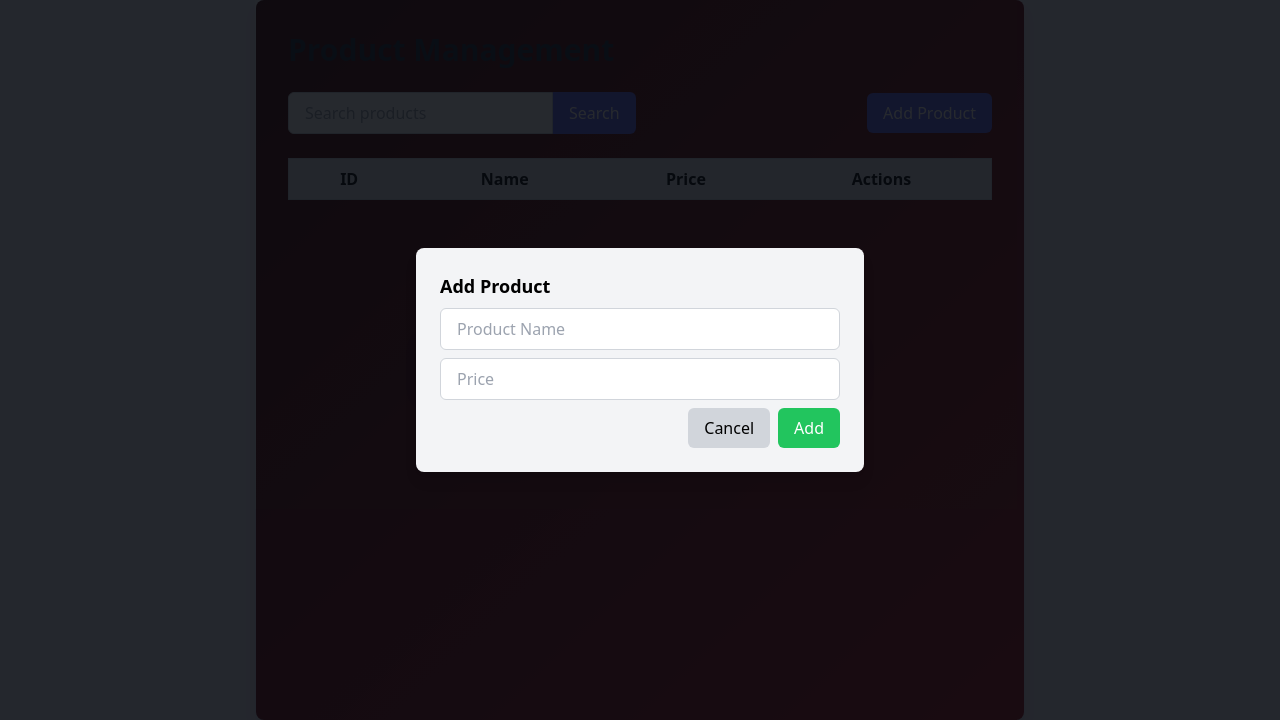
Repository: shaafsalman/product-Management-MERN
Page: /home (app in frontend/), after clicking the first element matching `button.rounded-md`
The author's editor kept a copy of each file at every save. The page is drawn from the files as they stood at one save, then again after a run of saves.
The browser window is 1280 px wide. The pictures show the whole page.
The page's requests for data from a server got no answer. The project was rebuilt for these pictures with package versions that can differ from the ones it lists, and the page was loaded fresh each time. No one was signed in, and anything a server would have sent is missing. Also part of the build but not shown: frontend/vite.config.js, frontend/src/Cards/mesgCard.jsx, frontend/src/Pages/Login.jsx, frontend/src/Pages/SighnUp.jsx, frontend/src/Pages/NoPage.jsx.

Above is the page before, as saved 2024-05-14 01:42:28.

After the next 5 saves:
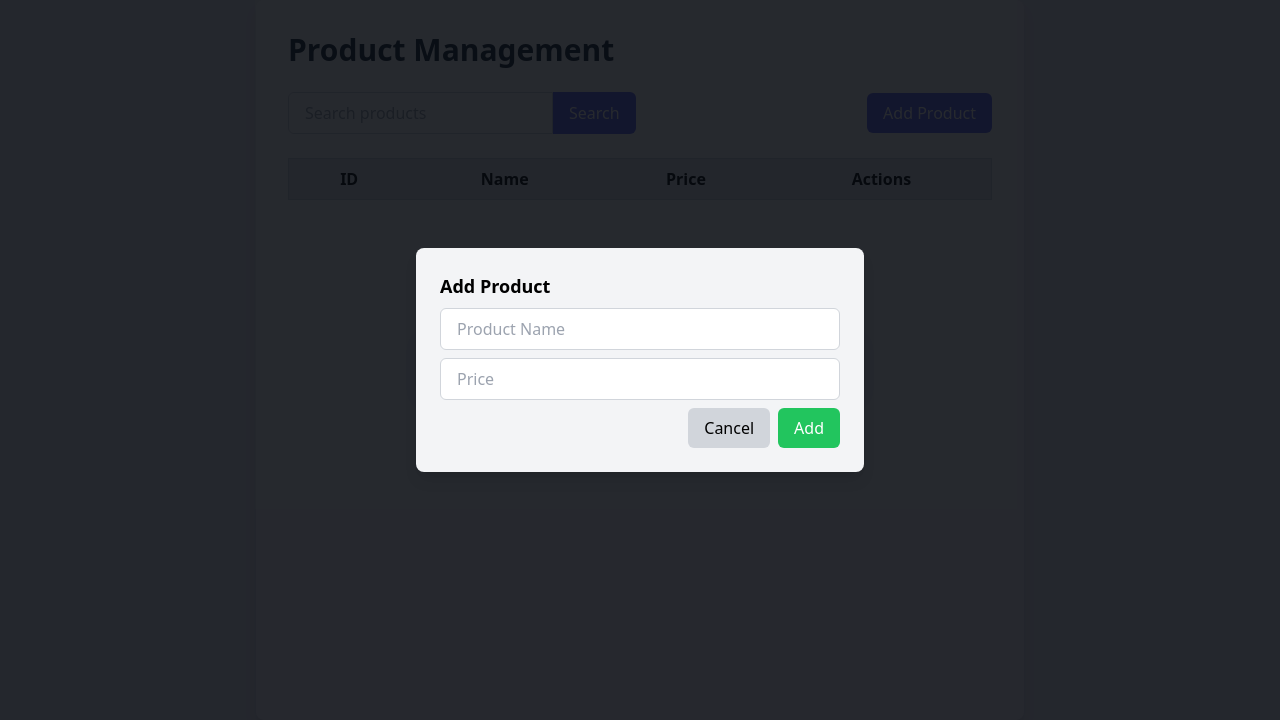
The 5 saves are shown as one change because they came seconds apart.
The last was saved 10 s later.
--- a/frontend/src/Pages/Home.jsx
+++ b/frontend/src/Pages/Home.jsx
@@ -42,7 +42,7 @@ const Home = () => {
   };
   return (
     <div className="flex justify-center  min-h-screen bg-gray-100">
-      <div className="max-w-screen-md w-full bg-gradient-to-br from-red-950 to-red-800 shadow-lg rounded-lg p-8">
+      <div className="max-w-screen-md w-full bg-white shadow-lg rounded-lg p-8">
         <h2 className="text-3xl font-semibold text-gray-800 mb-6">Product Management</h2>
         <div className="flex items-center justify-between mb-6">
           <div className="flex">
